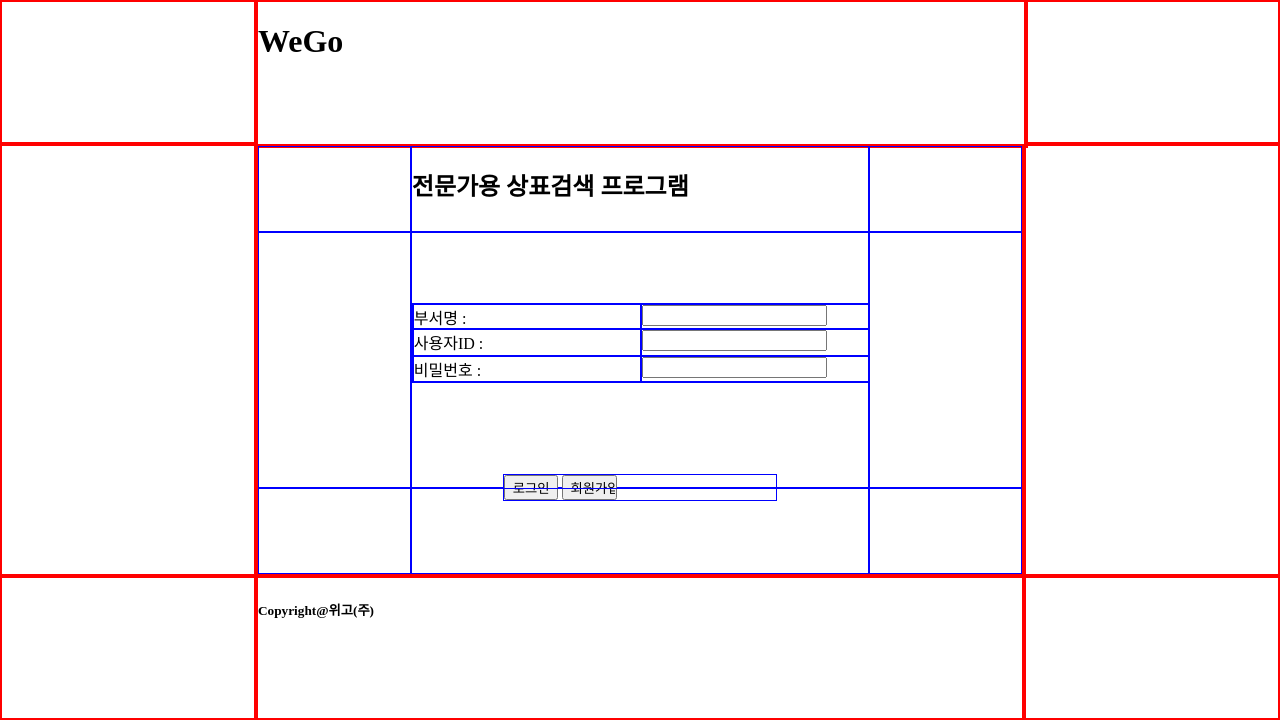
Repository: hamuse/wego1
Page: http://localhost/teamW1/facade.do
An editor plug-in stored every save of this project. The page is shown before and after the next save, followed by the edit.
The browser window is 1280 px wide. The pictures show the whole page.
Some web libraries are served in a nearby version. The page is served by Tomcat 9.

Above is the page before, as saved 2019-10-07 11:37:25.

After the next save:
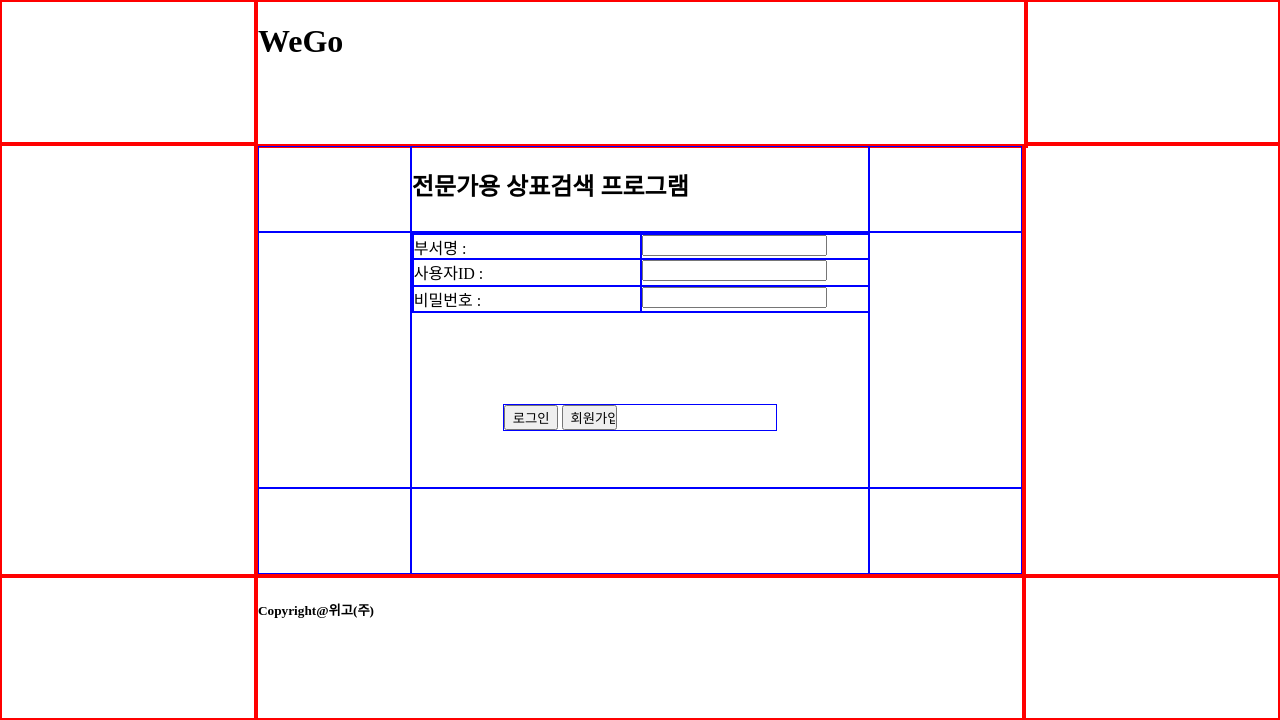
Saved 18 s later.
--- a/teamW1/WebContent/resources/css/style.css
+++ b/teamW1/WebContent/resources/css/style.css
@@ -47,7 +47,7 @@
 	display: grid;
 	grid-template-rows: 33% 34% 33%;
 	grid-template-columns: 50% 50%;
-	width: 100%; height: 100%; margin-top: 70px;
+	width: 100%; height: 100%;
 }
 #input_item{margin: 20% ;}
 #wego{width: 100%;height: 100%;}

After the save that followed:
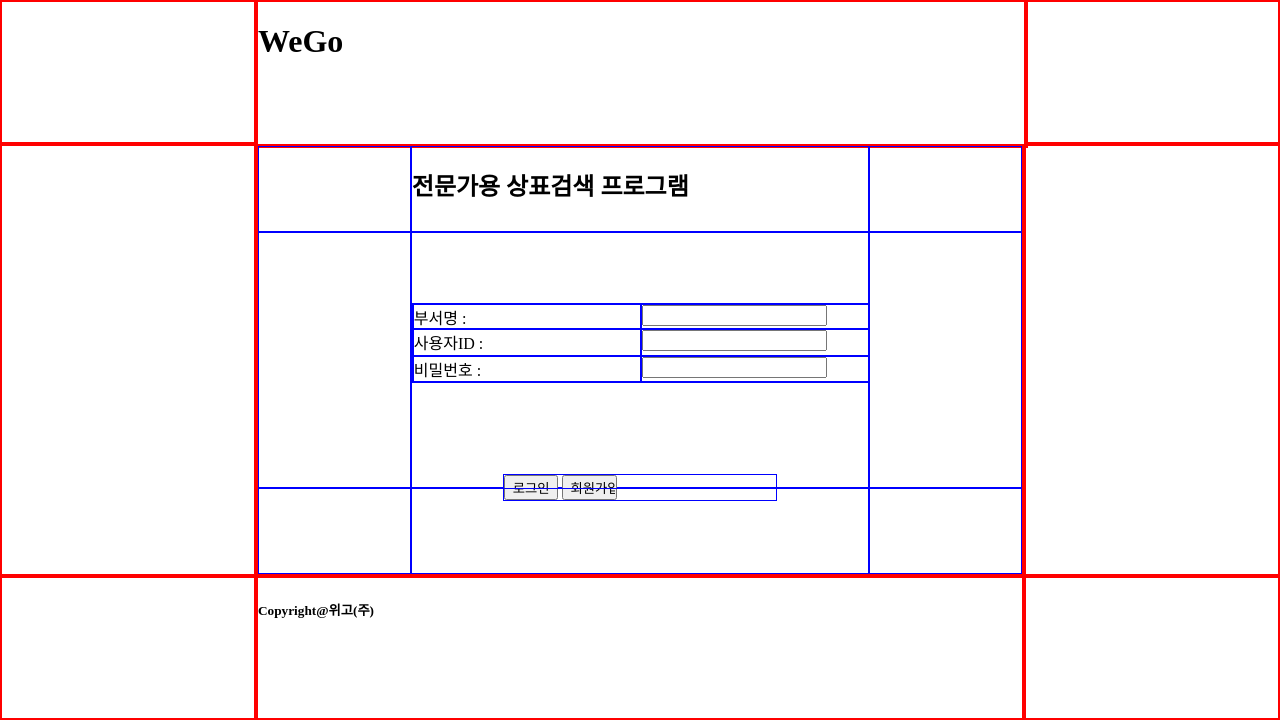
Saved 14 s later.
--- a/teamW1/WebContent/resources/css/style.css
+++ b/teamW1/WebContent/resources/css/style.css
@@ -47,7 +47,7 @@
 	display: grid;
 	grid-template-rows: 33% 34% 33%;
 	grid-template-columns: 50% 50%;
-	width: 100%; height: 100%;
+	width: 100%; height: 100%; margin-top: 70px;
 }
 #input_item{margin: 20% ;}
 #wego{width: 100%;height: 100%;}
